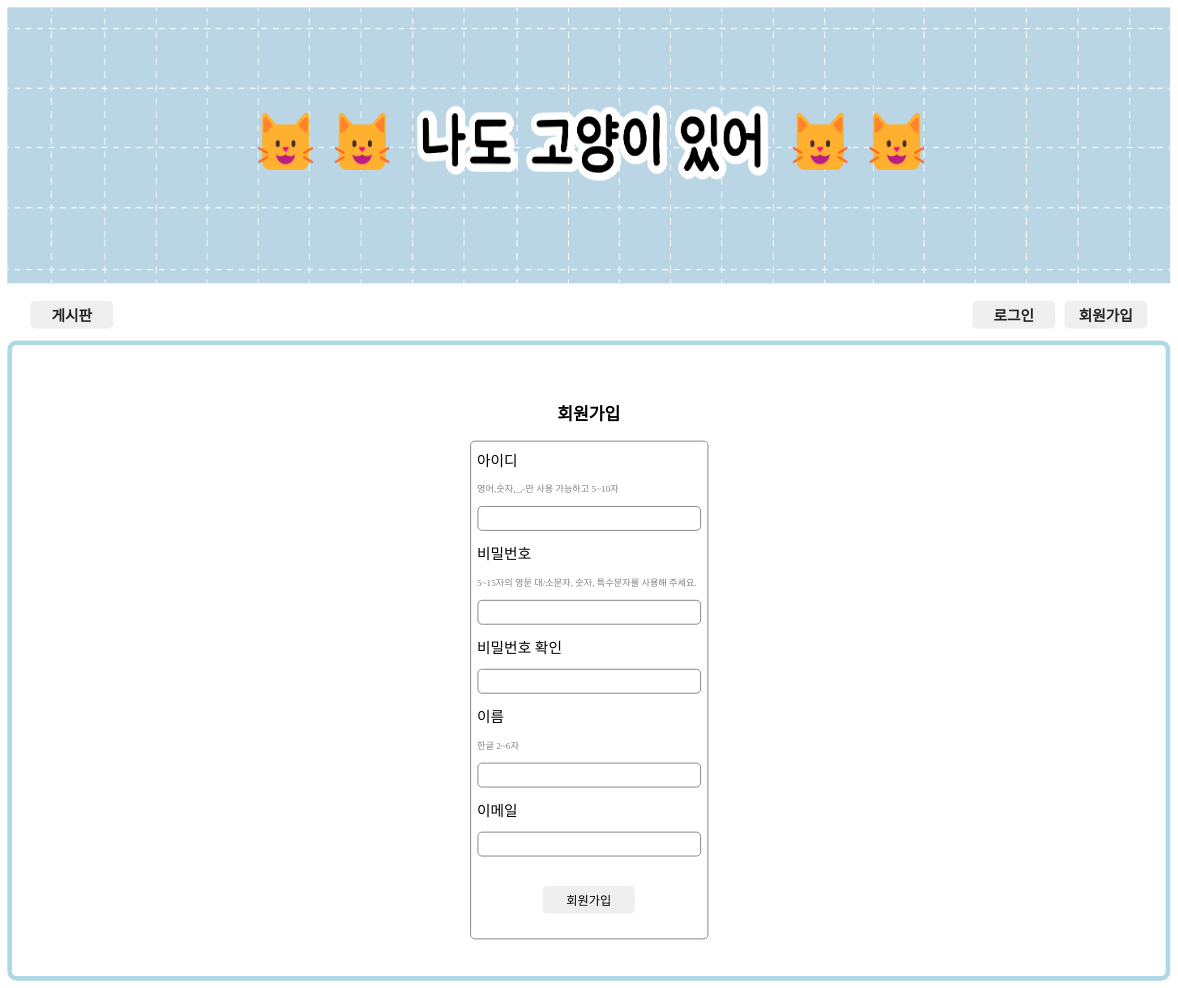
Repository: hh7711/Goit
Page: http://localhost/Goit/WEB-INF/views/signUpPage.jsp
An editor plug-in stored every save of this project. The page is shown before and after the next save, followed by the edit.
The browser window is 1280 px wide. The pictures show the whole page, at 92% of full size.
Some web fonts or font styles are not loaded; a fallback is used. The page is served by Tomcat 9. Nobody is signed in. Other server files are loaded and not shown. The template is opened directly, without the code that normally fills it, so the values that code supplies are empty.

Above is the page before, as saved 2023-08-03 07:12:21.

### Goit/src/main/webapp/WEB-INF/views/signUpPage.jsp
<%@ page language="java" contentType="text/html; charset=UTF-8"
    pageEncoding="UTF-8"%>
<%@ taglib prefix="c" uri="http://java.sun.com/jsp/jstl/core" %>
<!DOCTYPE html>
<html>
<head>
<meta charset="UTF-8">
<title>나도 고양이 있어</title>
    <style>
    	@font-face {
		    font-family: 'Dovemayo_gothic';
		    src: url('https://cdn.jsdelivr.net/gh/projectnoonnu/noonfonts_2302@1.1/Dovemayo_gothic.woff2') format('woff2');
		    font-weight: normal;
		    font-style: normal;
		}
		body,button,textarea {
			font-family: 'Dovemayo_gothic';
		}
		#main1{
			border: 5px solid lightblue;
			border-radius: 10px;
		}
		.headBtnDiv{
			margin-bottom: 30px; margin-top: 10px;
			margin-left: 20px; margin-right: 20px;
		}
    	.headBtn{
        	border: 0.5px;
        	width: 90px;
        	height: 30px;
        	color: rgb(34, 34, 34);
        	border-radius: 5px;
        	font-size: medium;
        	font-weight: bold;
        	margin: 5px;
        }
        .headBtn:hover{
        	background-color: rgb(211, 253, 255);
        }
        .headId{
        	font-size: medium;
        	font-weight: bold;
        	margin-top: 8px; margin-left: 5px; margin-right: 5px; margin-bottom: 10px;
        }
        table{
            margin-left: auto; margin-right: auto;
            margin-top: 40px; margin-bottom: 40px;
            border: 0.2px solid gray;
            border-radius: 5px;
            align-content: center;
        }
        tr,td{
        	padding: 5px;
        }
        input{
            /* border-top: none; border-left: none; border-right: none; */
            /* border-bottom: 0.5px solid; */
            /* border-top-left-radius: 5px; border-top-right-radius: 5px; */
            border: 0.5px solid gray;
            border-radius: 5px;
            height: 23px;
            font-family: 'Dovemayo_gothic';
        }
        .write:focus{
            background-color: #E8F5FF;
            color: rgb(75, 75, 75);
            outline: none;
            /* box-shadow: 0 0 0 2px #f00; */
        }
        #signUp{
            border: none;
            border-radius: 5px;
            width: 100px;
            height: 30px;
        }
        #signUp:hover{
            background-color: #E8F5FF;
        }
    </style>
</head>
<body>
<!-- 상단 -->
	<div>
		<a href="mainPage">
			<img style="height: 300px;" alt="오류" src="resources/main/main15.png" width="100%">
		</a>
	</div>
	<div class="headBtnDiv">
		<button type="button" class="headBtn" style="float: left;" onclick="location.href='boardList'">게시판</button>
		<c:if test="${dto == null}">
			<button type="button" class="headBtn" style="float: right;" onclick="location.href='signUpPage'">회원가입</button>
			&nbsp;<button type="button" class="headBtn" style="float: right;" onclick="location.href='signInPage'">로그인</button>
		</c:if>
		<c:if test="${dto != null}">
			<button type="button" class="headBtn" style="float: right;" onclick="location.href='signOut'">로그아웃</button>&nbsp;
			<button type="button" class="headBtn" style="float: right;" onclick="location.href='myPage'">마이페이지</button>
			<span class="headId" style="float: right;">${dto.id}님</span>
		</c:if>
	</div>
<!-- 상단 -->
	<div id="main1">
		<div id="main2">
			<div><!-- 본문 -->
				<form method="post" action="signUp" name="signup">
					<table>
						<caption><h3>회원가입</h3></caption>
						<tr>
			                <td>아이디</td>
						</tr>
						<tr>
			                <td style="color: gray; font-size: x-small;">
			                	영어,숫자,_,-만 사용 가능하고 5~10자
			                </td>
						</tr>
			            <tr>
			                <td>
			                    <!-- <input type="text" name="id" id="id" placeholder="아이디를 입력하세요"> -->
			                    <input type="text" name="id" id="id" class="write" size="30" maxlength="10">
			                </td>
			            </tr>
						<tr id="idX" style="display: none;">
							<td>
			                   	사용할 수 없는 아이디입니다. 다른 아이디를 입력해 주세요.
			                </td>
						</tr>
						<tr id="idO" style="display: none;">
			                <td>
				                    사용 가능한 아이디 입니다.
			                </td>
						</tr>
						<tr>
			                <td>
			                	비밀번호
			                </td>
						</tr>
						<tr>
			                <td style="color: gray; font-size: x-small;">
			                	5~15자의 영문 대/소문자, 숫자, 특수문자를 사용해 주세요.
			                </td>
						</tr>
			            <tr>
			                <td>
			                    <input type="password" id="pwd1" class="write" size="30" maxlength="15">
			                </td>
			            </tr>
						<tr>
			                <td>비밀번호 확인</td>
						</tr>
			            <tr>
			                <td>
			                    <input type="password" name="pwd" id="pwd2" class="write" size="30" maxlength="15">
			                </td>
			            </tr>
			            <tr id="pwdX" style="display: none;">
			                <td>
			                    비밀번호가 일치하지 않습니다.
			                </td>
			            </tr>
			            <tr id="pwdO" style="display: none;">
			                <td>
								비밀번호가 일치합니다.
			                </td>
			            </tr>
						<tr>
			                <td>이름</td>
						</tr>
						<tr>
			                <td style="color: gray; font-size: x-small;">
			                	한글 2~6자
			                </td>
						</tr>
			            <tr>
			                <td colspan="2">
			                    <input type="text" name="name" id="name" class="write" size="30" maxlength="6">
			                </td>
			            </tr>
						<tr>
			                <td>이메일</td>
						</tr>
			            <tr>
			                <td colspan="2">
			                    <input type="text" name="email" id="email" class="write" size="30">
			                </td>
			            </tr>
			            <tr>
			                <td align="center">
			                    <div style="margin: 20px;">
			                        <button type="button" id="signUp">회원가입</button>
			                    </div>
			                </td>
			            </tr>
					</table>
				</form>
			</div><!-- 본문 -->
		</div><!-- main1 -->
	</div><!-- main2 -->
    <script src="https://ajax.googleapis.com/ajax/libs/jquery/3.3.1/jquery.min.js"></script>
    <script type="text/javascript">
        var idCheck = false;
        var pwdCheck = false;
        $("#id").on("propertychange change keyup paste input", function () {
        	var id = $(this).val();
            $.ajax({
                url: "idCheck",
                type: "post",
                data: {id : id},
                dataType: "json",
                success : function(result) {
                    if (result == 2) {
                        $("#idO").show();
                        $("#idX").hide();
                        idCheck = true;
                    }else if (result == 1) {
                        $("#idX").show();
                        $("#idO").hide();
                        idCheck;
                    }
                },
                error: function(){
                    alert("오류");
                }
            });
        });
        $("#pwd2").on("propertychange change keyup paste input", function () {
        	console.log("비밀번호 입력중")
			if ($("#pwd1").val() != $("#pwd2").val()) {
			    $("#pwdX").show();
			    $("#pwdO").hide();
			}else if ($("#pwd1").val() == $("#pwd2").val()) {
			    $("#pwdO").show();
			    $("#pwdX").hide();
			}
        });
//      아이디, 비밀번호, 이름, 이메일 유효성검사를 위한 정규식
// 		영어,숫자,_,-만 사용 가능하고 5~10자
        var userIdCheck = RegExp(/^[A-Za-z0-9_\-]{5,10}$/);
//      영문 대/소문자, 숫자, 특수문자를 하나 이상 포함하여 5~15자
        var userPwdCheck = (/^(?=.*[a-z])(?=.*[A-Z])(?=.*[0-9])(?=.*[!@#$%^*?]).{5,15}$/);
//         한글 2~6자
        var userNameCheck = RegExp(/^[가-힣]{2,6}$/);

        var userEmailCheck = RegExp(/^[A-Za-z0-9_\.\-]+@[A-Za-z0-9\-]+\.[A-Za-z0-9\-]+/);

//      회원가입 버튼 눌렀을때
        $("#signUp").on("click", function() {
			if ($("#id").val() == "") {
				alert("아이디를 입력해주세요.");
				$("#id").focus();
				return false;
			}
			if(!userIdCheck.test($("#id").val())){
		        alert("아이디 형식에 맞게 입력해주세요.");
		        $("#id").focus();
		        return false;
	      	}
        	if (idCheck == false) {
        		alert("이미 존재하는 아이디 입니다.");
				$("#id").focus();
				return false;
			}
			if ($("#id").val().length < 5) {
				alert("아이디는 5글자 이상이여야 합니다");
				$("#id").focus();
				return false;
			}
			if ($("#pwd1").val() == "" || $("#pwd2").val() == "") {
				alert("비밀번호를 입력해주세요.");
				$("#pwd1").focus();
				return false;
			}
			if ($("#id").val() == $("#pwd1").val()) {
				alert("아이디를 비밀번호로 사용할 수 없습니다.");
				$("#pwd1").val("");
				$("#pwd1").focus();
				return false;
			}
			if ($("#pwd1").val().length < 5) {
				alert("비밀번호는 5자 이상이여야 합니다.");
				$("#pwd1").focus();
				return false;
			}
			if ($("#pwd1").val() != $("#pwd2").val()) {
				alert("비밀번호가 일치하지 않습니다.");
				$("#pwd1").focus();
				return false;
			}
			if(!userPwdCheck.test($("#pwd1").val())){
		        alert("비밀번호 형식에 맞게 입력해주세요.");
		        $("#pwd1").focus();
		        return false;
	      	}
			if ($("#name").val() == "") {
				alert("이름을 입력해주세요.");
				$("#name").focus();
				return false;
			}
			if(!userNameCheck.test($("#name").val())){
		        alert("이름똑바로~");
		        $("#name").focus();
		        return false;
	      	}
			if ($("#email").val() == "") {
				alert("이메일을 입력해주세요.");
				$("#email").focus();
				return false;
			}
			if(!userEmailCheck.test($("#email").val())){
		        alert("이메일주소가 올바르지 않습니다.");
		        $("#email").focus();
		        return false;
	      	}
			document.signup.submit();
		});
    </script>
</body>
</html>

After the next save:
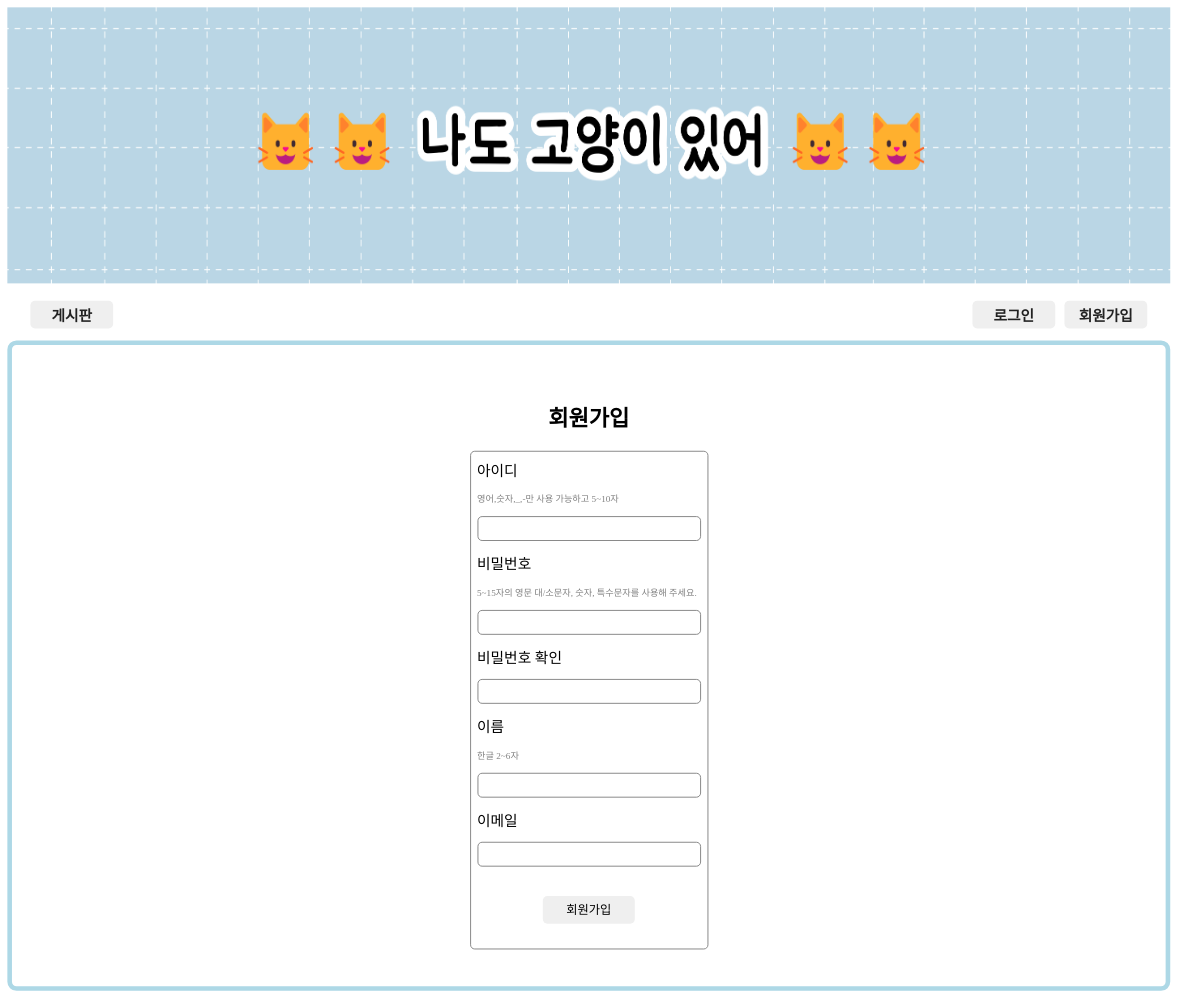
Saved 12 s later.
--- a/Goit/src/main/webapp/WEB-INF/views/signUpPage.jsp
+++ b/Goit/src/main/webapp/WEB-INF/views/signUpPage.jsp
@@ -103,7 +103,7 @@
 			<div><!-- 본문 -->
 				<form method="post" action="signUp" name="signup">
 					<table>
-						<caption><h3>회원가입</h3></caption>
+						<caption><h2>회원가입</h2></caption>
 						<tr>
 			                <td>아이디</td>
 						</tr>
